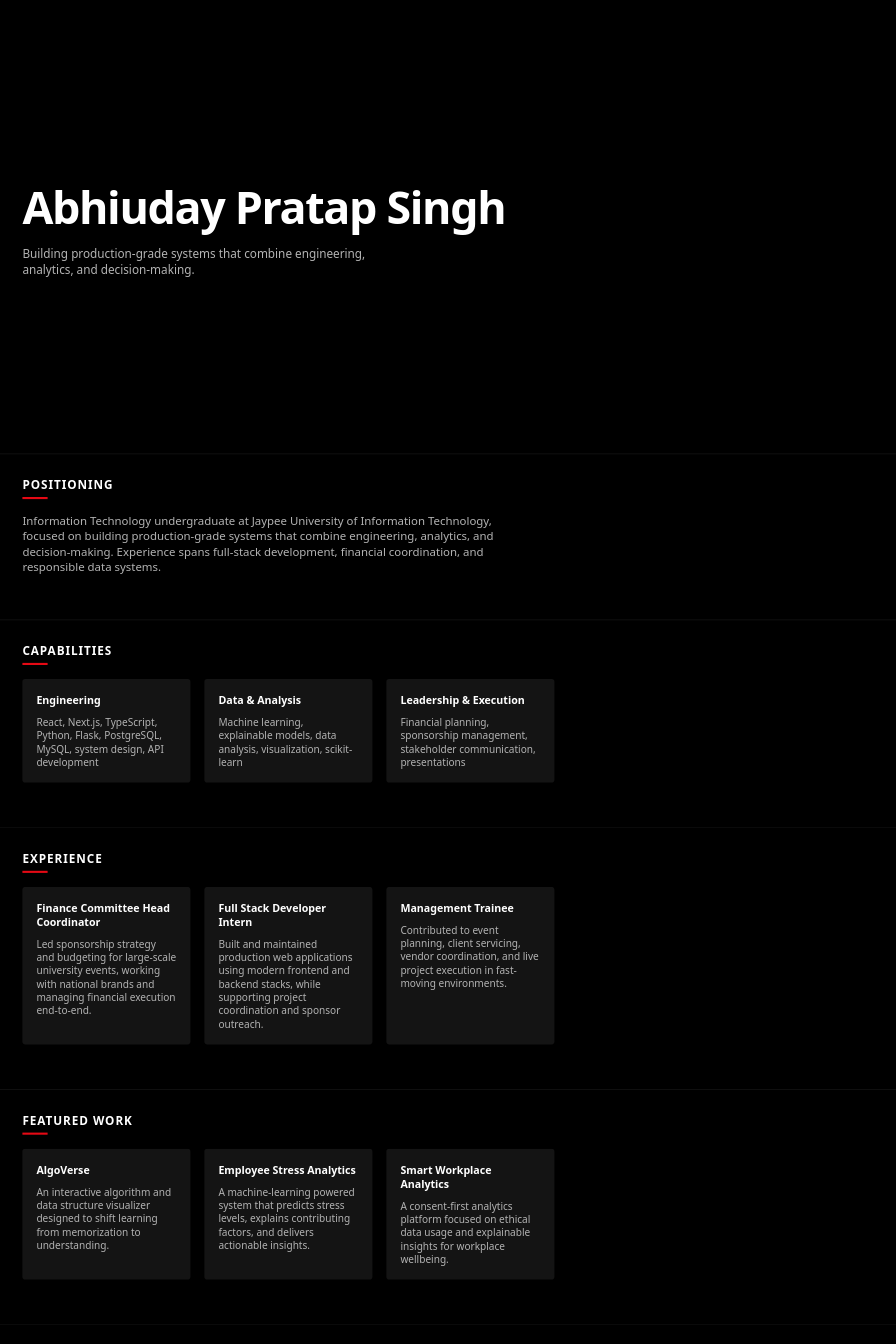
Repository: PratapOP/main-portfolio
Page: / (app in frontend/)
The author's editor kept a copy of each file at every save. The page is drawn from the files as they stood at one save, then again after a run of saves.
The browser window is 1280 px wide. The pictures show the part of the page from y = 0 to 1920 px (the page is 2756 px tall), at 70% of full size.
The project was rebuilt for these pictures with package versions that can differ from the ones it lists, and the page was loaded fresh each time. Also part of the build but not shown: frontend/vite.config.js.

Above is the page before, as saved 2026-01-01 18:50:26.

After the next 2 saves:
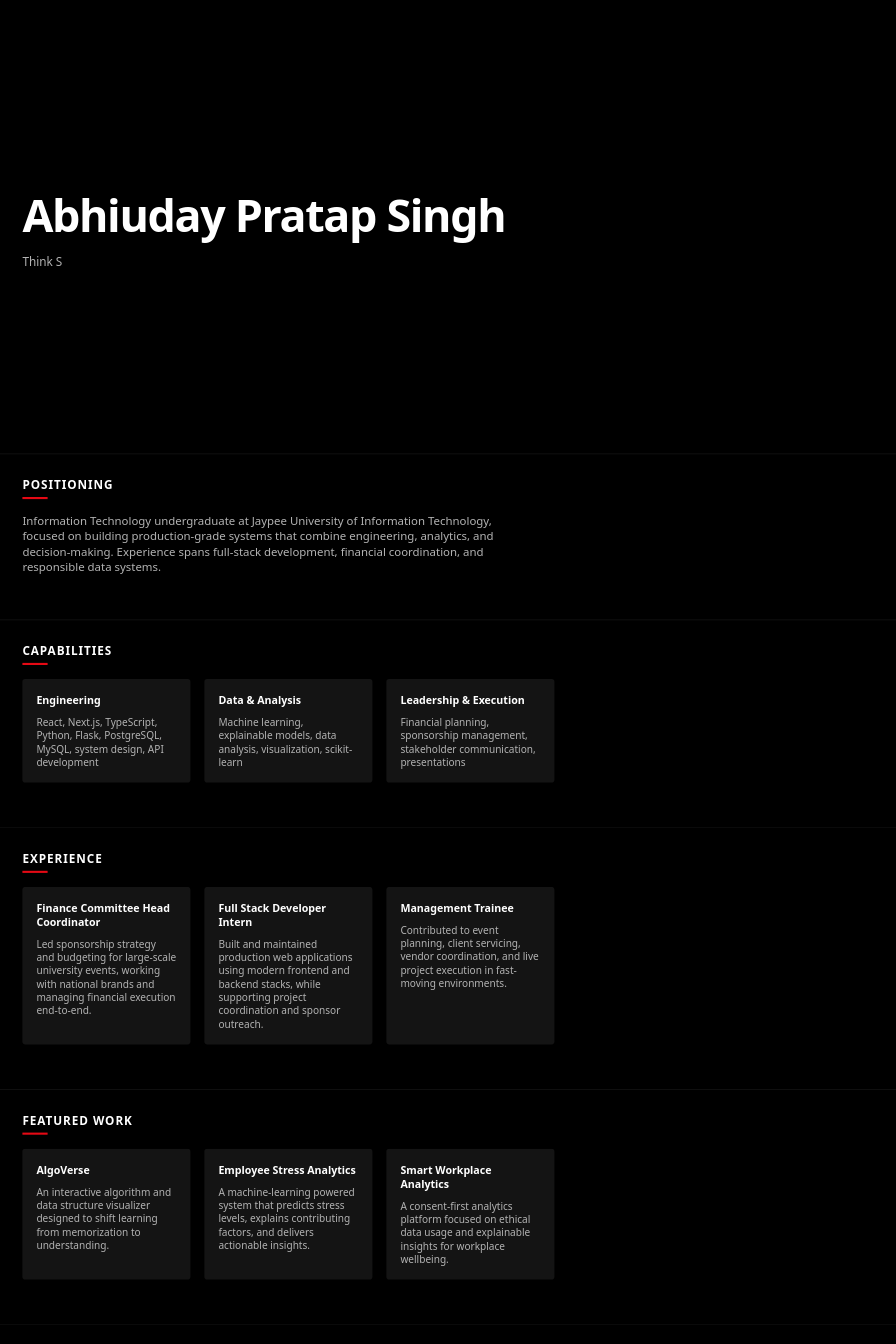
The 2 saves are shown as one change because they came seconds apart.
The last was saved 12 s later.
--- a/frontend/src/sections.jsx
+++ b/frontend/src/sections.jsx
@@ -27,8 +27,7 @@
         <div className="hero-inner">
             <h1 className="hero-title">Abhiuday Pratap Singh</h1>
             <p className="hero-subtitle">
-            Building production-grade systems that combine engineering,
-            analytics, and decision-making.
+            Think S
             <br />
             </p>
         </div>
